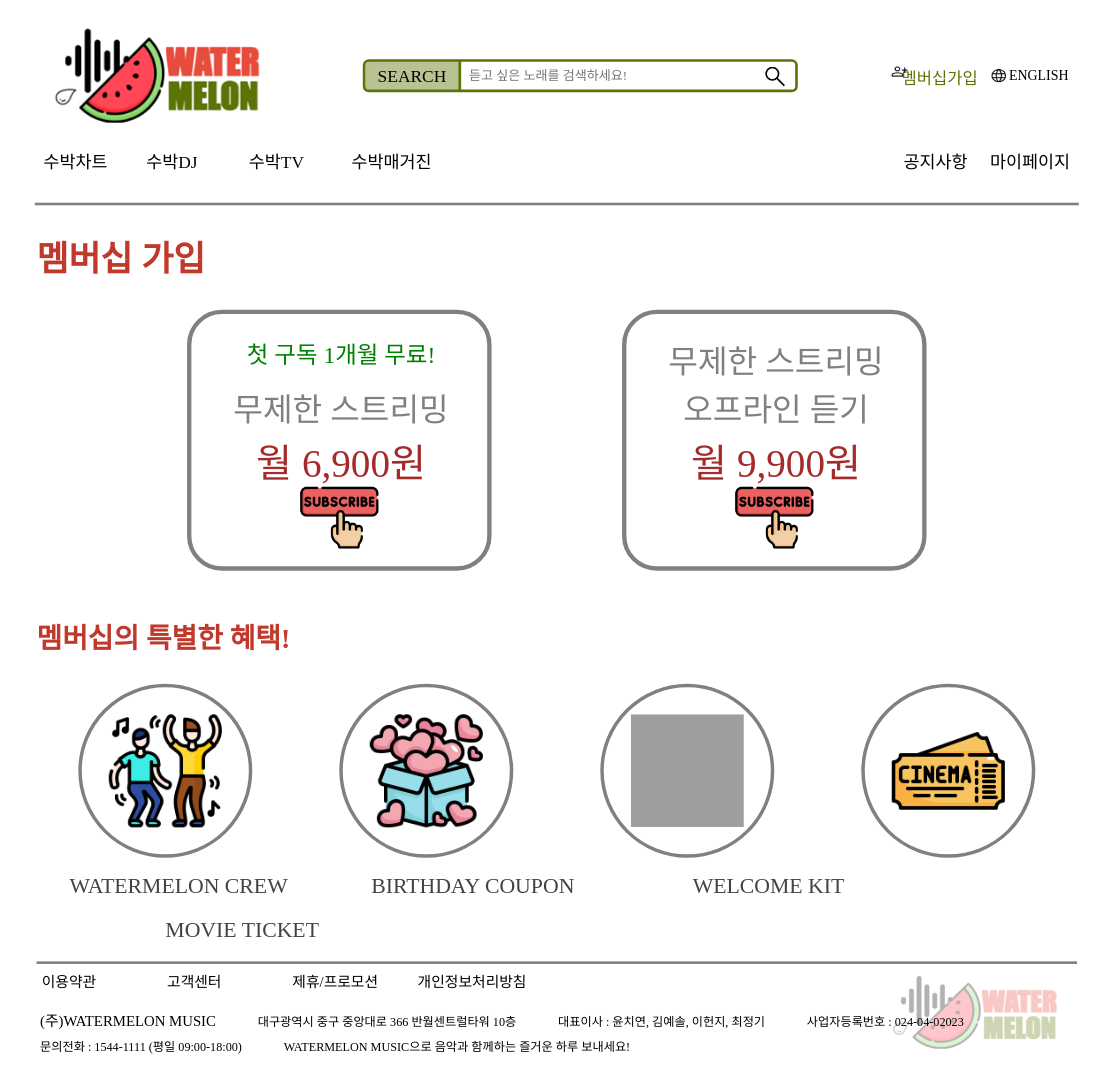
Repository: anchobb/TEAM_STS
Page: http://localhost/PJ_TEAM01/WEB-INF/views/membership.jsp
The author's editor kept a copy of each file at every save. The page is drawn from the files as they stood at one save, then again after the next save.
The browser window is 1280 px wide. The pictures show the whole page, at 87% of full size.
Pictures or frames that could not be fetched are drawn as grey boxes. Some web fonts or font styles are not loaded; a fallback is used. Some web libraries are served in a nearby version. The page is served by Tomcat 9. Nobody is signed in. The template is opened directly, without the code that normally fills it, so the values that code supplies are empty.

Above is the page before, as saved 2023-09-11 12:06:33.

After the next save:
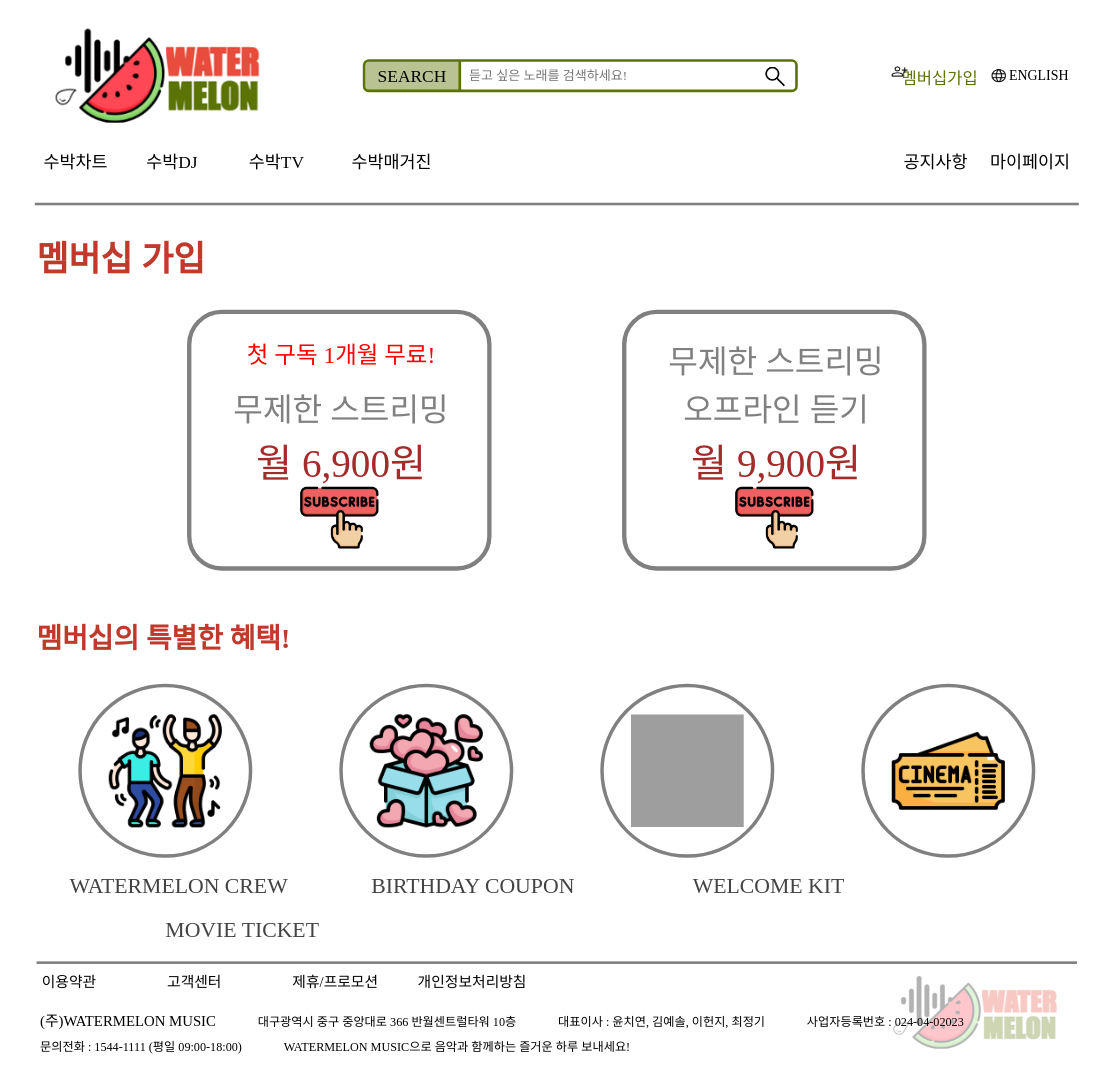
Saved 31 s later.
--- a/PJ_TEAM01/src/main/webapp/WEB-INF/views/membership.jsp
+++ b/PJ_TEAM01/src/main/webapp/WEB-INF/views/membership.jsp
@@ -114,7 +114,7 @@
             <span class="title">멤버십 가입</span>
             <div>
                 <div class="subscribe_1">
-                    <span style="font-size:27px; color:green;">첫 구독 1개월 무료!</span>
+                    <span style="font-size:27px; color:red;">첫 구독 1개월 무료!</span>
                     <span>무제한 스트리밍</span>
                     <span id="price">월 6,900원</span>
                     <img class="sub_img" src="${pageContext.request.contextPath}/resources/static/img/subscribe.png" alt="">
